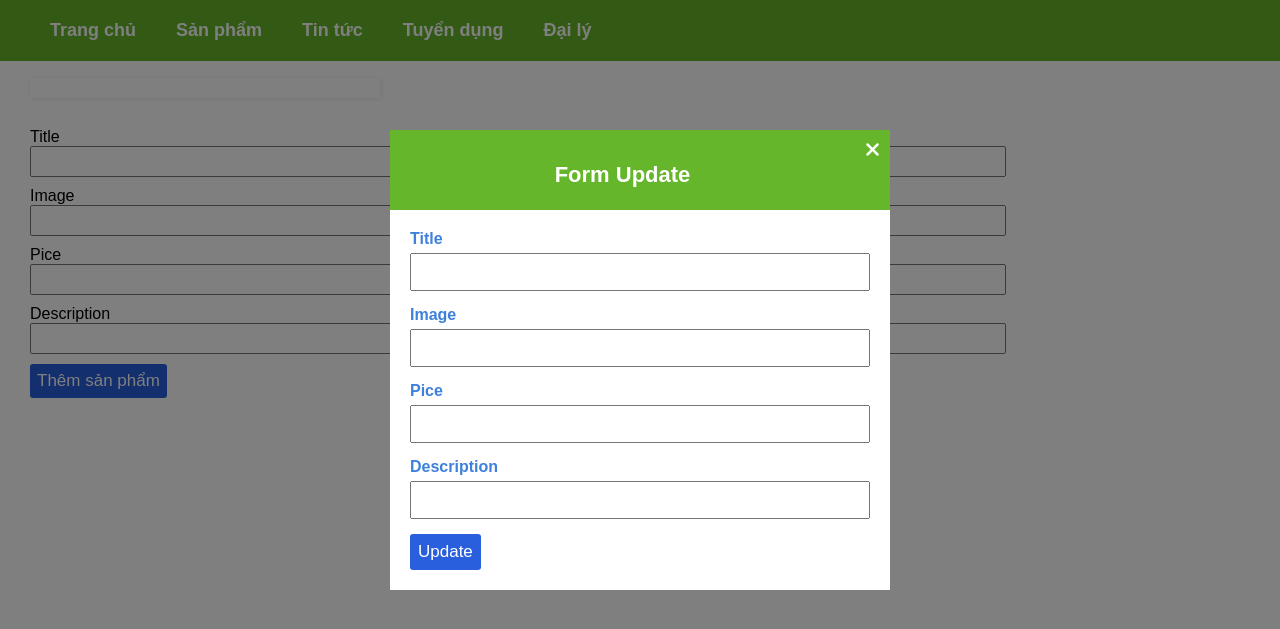
Repository: Ngoc28/CURD_HTML-CSS_JS_JSON
Page: index.html
The author's editor kept a copy of each file at every save. The page is drawn from the files as they stood at one save, then again after the next save.
The browser window is 1280 px wide. The pictures show the whole page.
The page's requests for data from a server got no answer.

Above is the page before, as saved 2023-04-11 10:01:27.

### index.html
<!DOCTYPE html>
<html lang="en">
<head>
    <meta charset="UTF-8">
    <meta http-equiv="X-UA-Compatible" content="IE=edge">
    <meta name="viewport" content="width=device-width, initial-scale=1.0">
    <title>CURD Cơ bản</title>
    <link rel="stylesheet" href="https://cdnjs.cloudflare.com/ajax/libs/font-awesome/6.4.0/css/all.min.css" integrity="sha512-iecdLmaskl7CVkqkXNQ/ZH/XLlvWZOJyj7Yy7tcenmpD1ypASozpmT/E0iPtmFIB46ZmdtAc9eNBvH0H/ZpiBw==" crossorigin="anonymous" referrerpolicy="no-referrer" />
    <link rel="stylesheet" href="./asset/css/style.css">
</head>
<body>
    <header class="header-menu">
        <ul class="list-menu">
            <li class="item-menu"><a href="">Trang chủ</a></li>
            <li class="item-menu"><a href="">Sản phẩm</a></li>
            <li class="item-menu"><a href="">Tin tức</a></li>
            <li class="item-menu"><a href="">Tuyển dụng</a></li>
            <li class="item-menu"><a href="">Đại lý</a></li>
        </ul>
    </header>
    <div class="main">
        <div class="title-product">
            <h2 class="title">Sản phẩm của chúng tôi</h2>
        </div>
        <div class="products">
            <div class="product">
                <!-- <h3 class="product-name">Coca-Cola</h3>
                <img src="https://cdn.tgdd.vn/Products/Images/2947/190310/bhx/sua-trai-cay-nutriboost-huong-cam-297ml-202202122134380628.jpg" alt="" class="product-img">
                <spam class="product-price">18.000</spam>
                <span class="product-description">Nutriboost là thức uống dinh dưỡng kết hợp sữa và nước trái cây thơm ngon, giúp bạn luôn tràn năng lượng cho một ngày làm việc hiệu quả.</span> -->
            </div>
        </div>
    </div>
    <div class="form">
        <div class="form-1">
            <label for="">Title</label>
            <input type="text" name="title">
        </div>
        <div class="form-1">
            <label for="">Image</label>
            <input type="text" name="image">
        </div>
        <div class="form-1">
            <label for="">Pice</label>
            <input type="text" name="price">
        </div>
        <div class="form-1">
            <label for="">Description</label>
            <input type="text" name="description">
        </div>
        <button type="submit" id="create">Thêm sản phẩm</button>
    </div>

    <!-- formUpdate -->
    <div class="formUpdate">
        <div class="modal">
            <header>
                <i class="update-icon fa-solid fa-xmark"></i>
                <h1>
                    Form Update
                </h1>
            </header>
            <div class="modal-body">
                <div class="form-2">
                    <label for="title">Title</label>
                    <input type="text" id="title" name="title">
                </div>
                <div class="form-2">
                    <label for="image">Image</label>
                    <input type="text" id="image" name="image">
                </div>
                <div class="form-2">
                    <label for="price">Pice</label>
                    <input type="text" id="price" name="price">
                </div>
                <div class="form-2">
                    <label for="description">Description</label>
                    <input type="text" id="description" name="description">
                </div>
                <button type="submit" id="update">Update</button>
            </div>
        </div>
    </div>
    <script src="/script.js"></script>
</body>
</html>

### asset/css/style.css
*{
    padding: 0;
    margin: 0;
    box-sizing: border-box;
}

body {
    font-family: Arial, Helvetica, sans-serif;
}

.header-menu {
    position: fixed;
    top: 0;
    left: 0;
    right: 0;
    background-color: #66b62b;
    font-size: 18px;
    font-weight: 600;
}

.list-menu {
    display: flex;
    margin: 0 30px;
}

.item-menu {
    list-style: none;
}

.item-menu a {
    padding: 20px;
    display: block;
    text-decoration: none;
    color: #fff;
}

.item-menu a:hover {
    background-color: #ffd400;
    display: block;
}

/* Product */
.main {
    margin: 30px 30px 10px 30px;
}

.title-product {
    margin-bottom: 20px;
}


.title-product .title {
    text-align: center;
    color: #d72b27;
}

.products {
    display: flex;
    justify-content: space-between;
    flex-wrap: wrap;
}

.product {
    width: 350px;
    cursor: pointer;
    box-shadow: 1px 1px 5px   rgba(0, 0, 0, 0.09);
    margin-bottom: 20px;
    padding: 10px;
}


.product h3:hover {
    color: #d72b27;
}


.product-name {
    text-align: center;
}

.product-img {
    width: 100%;
    object-fit: cover;
}


.product .product-price:hover {
    color: #66b62b;
}

.product-price {
    color: #d72b27;
    margin: 10px 10px 6px;
    display: flex;
    justify-content: center;
    font-weight: 600;
}

.product-description {
    font-size: 15px;
    font-weight: 400;
    line-height: 20px;
    height: 40px;
    margin: 10px 10px 6px;
    overflow: hidden;
    display: block;
    display: -webkit-box;
    -webkit-box-orient: vertical;
    -webkit-line-clamp: 2;
}


.btn {
    display: flex;
    justify-content: center;
}


.delete-btn{
    margin-right: 10px;
}

.update-btn,
.delete-btn {
    padding: 8px;
    background-color: #66b62b;
    color: #fff;
    font-size: 15px;
    border: none;
    border-radius: 3px;
}

.update-btn:hover,
.delete-btn:hover {
    background-color: #336013;
}

/* Form */
.form {
    margin: 0 30px;

}

.form-1{
    margin-bottom: 10px;
}

.form-1 label {
    display: block;
    font-size: 16px;
    width: 90px;
}

.form-1 input {
    padding: 5px;
    font-size: 15px;
    width: 80%;
}

.form button {
    padding: 7px;
    background-color: #295fdd;
    color: #fff;
    font-size: 17px;
    border: none;
    border-radius: 3px;
}

.form button:hover {
    background-color: #172e62;
}

/* FormUpdate */

.formUpdate {
    position:fixed;
    top: 0;
    right: 0;
    bottom: 0;
    left: 0;
    background-color: rgba(0, 0, 0, 0.5);
    display: flex;
    align-items: center;
    justify-content: center;
}

.modal {
    background-color: #fff;
}

.modal header {
    background-color: #66b62b;
    color: #fff;
    height: 80px;
    width: 500px;
}

.modal h1 {
    line-height: 90px;
    text-align: center;
    font-size: 22px;
}

.modal .update-icon {
    float: right;
    padding: 10px;
    font-size: 20px;
    color: #fff;
}

.modal .update-icon:hover {
    color: #d72b27;
}

.modal-body {
    padding: 20px;
}

.form-2 {
    margin-bottom: 15px;
}

.form-2 label {
    display: block;
    margin-bottom: 5px;
    font-size: 16px;
    font-weight: 600;
    color: #3d81db;
}

.form-2 input {
    width: 100%;
    padding: 8px;
    font-size: 16px;
}

.modal-body button {
    padding: 8px;
    background-color: #295fdd;
    font-size: 17px;
    color: #fff;
    border: none;
    border-radius: 3px;
}

.modal-body button:hover {
    background-color: #172e62;
}

### script.js
let productsApi = 'http://localhost:3000/products';

function start() {
    getProducts(renderProducts);

    handleCreateForm()
}

start();

//lay ra san pham

function getProducts(callback) {

    fetch(productsApi)
    .then(function(response) {
        return response.json();
    })
    .then(callback);
}

function createProduct(data, callback) {
    var options = {
        method: 'POST',
        body: JSON.stringify(data),
        headers: {
            "Content-Type": "application/json",
            // 'Content-Type': 'application/x-www-form-urlencoded',
          }
    };
    fetch(productsApi, options)
        .then(function(response) {
            response.json();
        })
        .then(callback);

}

function handleDeleteProduct(id) {
    var options = {
        method: 'DELETE',
        headers: {
            "Content-Type": "application/json",
            // 'Content-Type': 'application/x-www-form-urlencoded',
          }
    };
    fetch(productsApi + '/' + id, options)
        .then(function(response) {
            response.json();
        })
        .then(function() {
           var productItem = document.querySelector('.product-item-' + id);
           if(productItem) {
            productItem.remove();
           }
        });
}


//show du lieu ra man hinh
function renderProducts(products) {
    var listProducts = document.querySelector('.products');

    var htmls = products.map(function(product) {
        return `
        <div class="product product-item-${product.id}">
            <h3 class="product-name">${product.title}</h3>
            <img src="${product.image}" class="product-img">
            <spam class="product-price">${product.price}đ</spam>
            <span class="product-description">${product.description}</span>
            <div class="btn">
                <button onclick="handleDeleteProduct(${product.id})" class="delete-btn">Delete</button>
                <button onclick="UpdateProduct()" class="update-btn">Update</button>
            </div>
        </div>`

    })

    listProducts.innerHTML = htmls.join('');
}

function handleCreateForm() {
    var createBtn = document.querySelector('#create');

    createBtn.onclick = function() {
        var title = document.querySelector('input[name="title"]').value;
        var image = document.querySelector('input[name="image"]').value;
        var price = document.querySelector('input[name="price"]').value;
        var description = document.querySelector('input[name="description"]').value;

        var formData = {
            title: title,
            image: image,
            price: price,
            description: description
        }

        createProduct(formData, function() {
            getProducts(renderProducts);
        });

    }
}

After the next save:
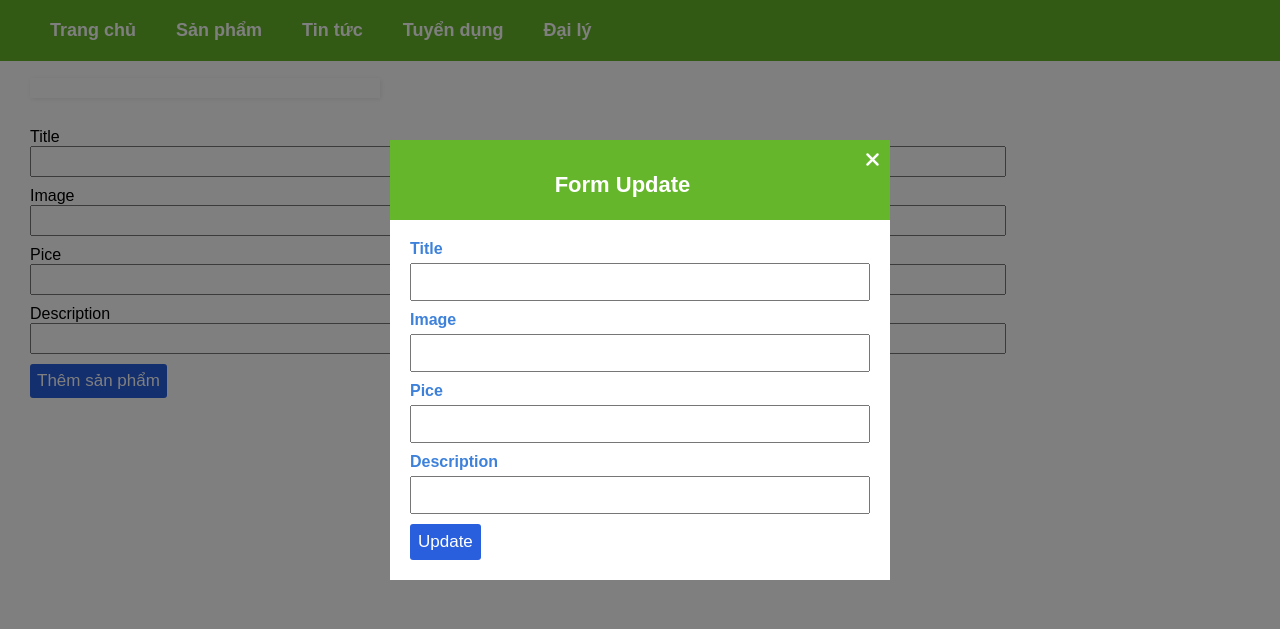
Saved 15 s later.
--- a/asset/css/style.css
+++ b/asset/css/style.css
@@ -217,7 +217,7 @@ body {
 }
 
 .form-2 {
-    margin-bottom: 15px;
+    margin-bottom: 10px;
 }
 
 .form-2 label {
